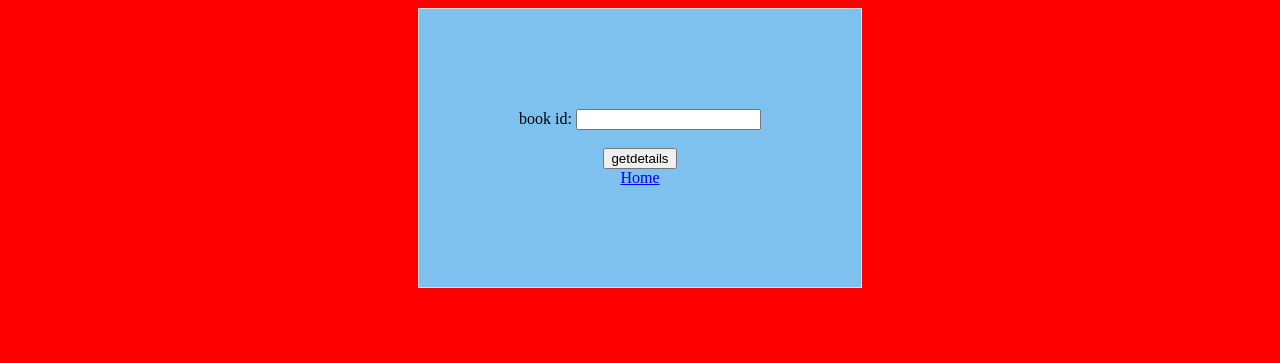
Repository: Saikumar6901/DBSTrainingModules
Page: http://localhost/Bookmanagement/updatefile.jsp
An editor plug-in stored every save of this project. The page is shown before and after the next save, followed by the edit.
The browser window is 1280 px wide. The pictures show the whole page.
The page is served by Tomcat 9. Other server files are loaded and not shown.

Above is the page before, as saved 2019-08-12 15:21:13.

### eclipse/Bookmanagement/WebContent/updatefile.jsp
<%@ page language="java" contentType="text/html; charset=ISO-8859-1"
    pageEncoding="ISO-8859-1"%>
<!DOCTYPE html>
<html>
<head>
<meta charset="ISO-8859-1">
<title>Insert title here</title>
<style>
body { text-align: center;
background-color:#ff0000;}
.updateform{
  border: 1px solid #dddddd;
  text-align: left;
  padding: 100px;
  background-color:#7ec0ee;
  display: inline-block;
}
.subbutton,.home{
  margin:auto;
  display:block;
  text-align:center;
}
</style>
</head>
<body>
<form action="updatedetails.jsp" class="updateform">
book id: <input type="text" name="bookid"><br></br>
 <input type="submit" class="subbutton" value="getdetails">
 <a href="index.html" class="home">Home</a>
</form>
</body>
</html>

After the next save:
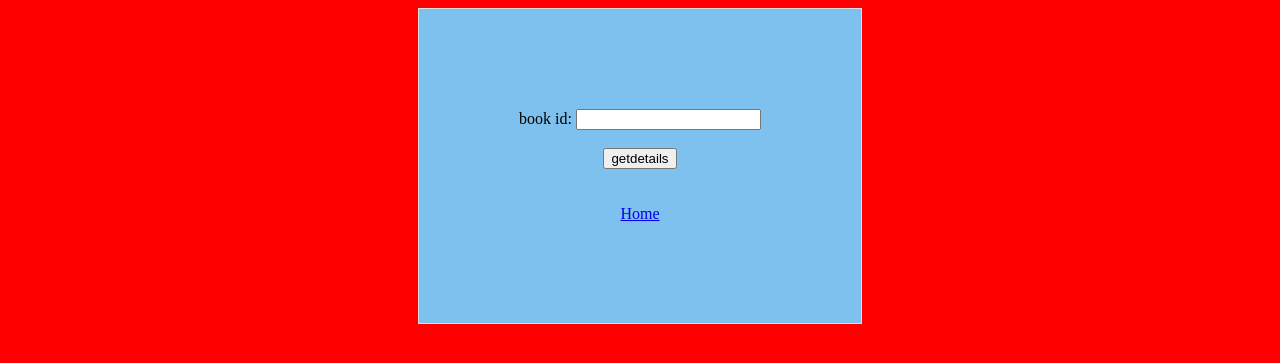
Saved 14 s later.
--- a/eclipse/Bookmanagement/WebContent/updatefile.jsp
+++ b/eclipse/Bookmanagement/WebContent/updatefile.jsp
@@ -25,7 +25,7 @@ background-color:#ff0000;}
 <body>
 <form action="updatedetails.jsp" class="updateform">
 book id: <input type="text" name="bookid"><br></br>
- <input type="submit" class="subbutton" value="getdetails">
+ <input type="submit" class="subbutton" value="getdetails"><br></br>
  <a href="index.html" class="home">Home</a>
 </form>
 </body>
